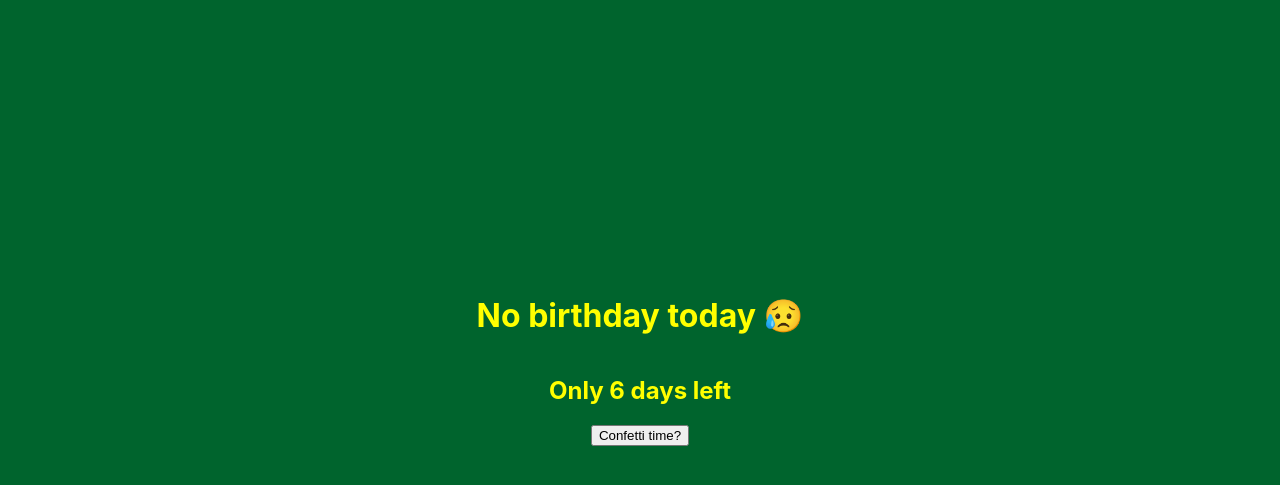
Repository: David-Waite/HannahsBirthdayWebsite
Page: /
These files come from the project's save history. The page is drawn as it stood at one moment and after the next save; the edit follows.
The browser window is 1280 px wide. The pictures show the whole page.
The project was rebuilt for these pictures with package versions that can differ from the ones it lists, and the page was loaded fresh each time.

Above is the page before, as saved 2023-03-30 18:17:50.

After the next save:
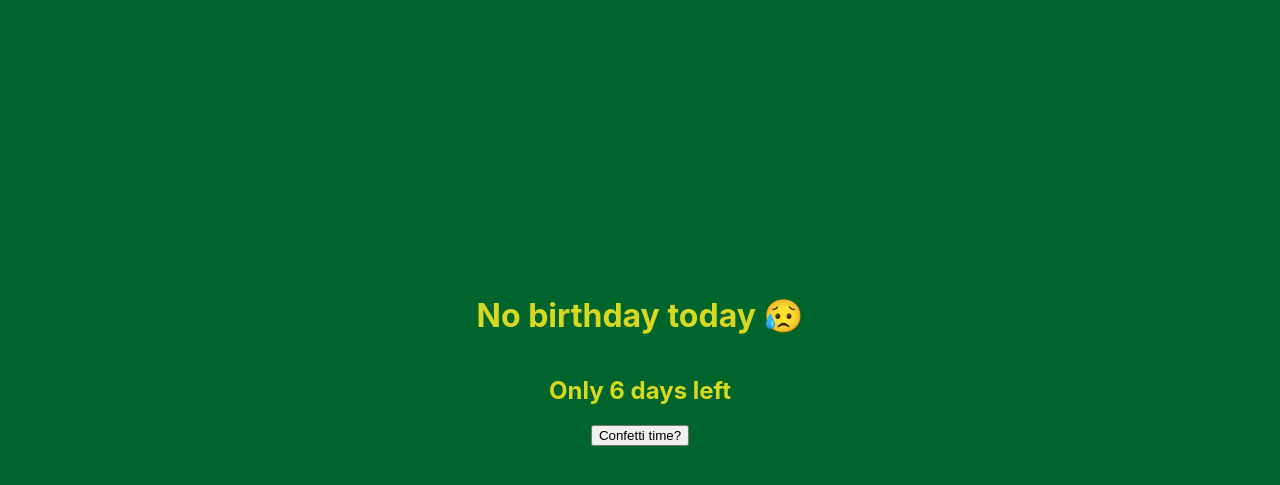
Saved 5 s later.
--- a/src/index.css
+++ b/src/index.css
@@ -15,5 +15,5 @@ body {
   align-items: center;
   justify-content: center;
   background-color: #00642d;
-  color: yellow;
+  color: rgb(216, 216, 33);
 }
